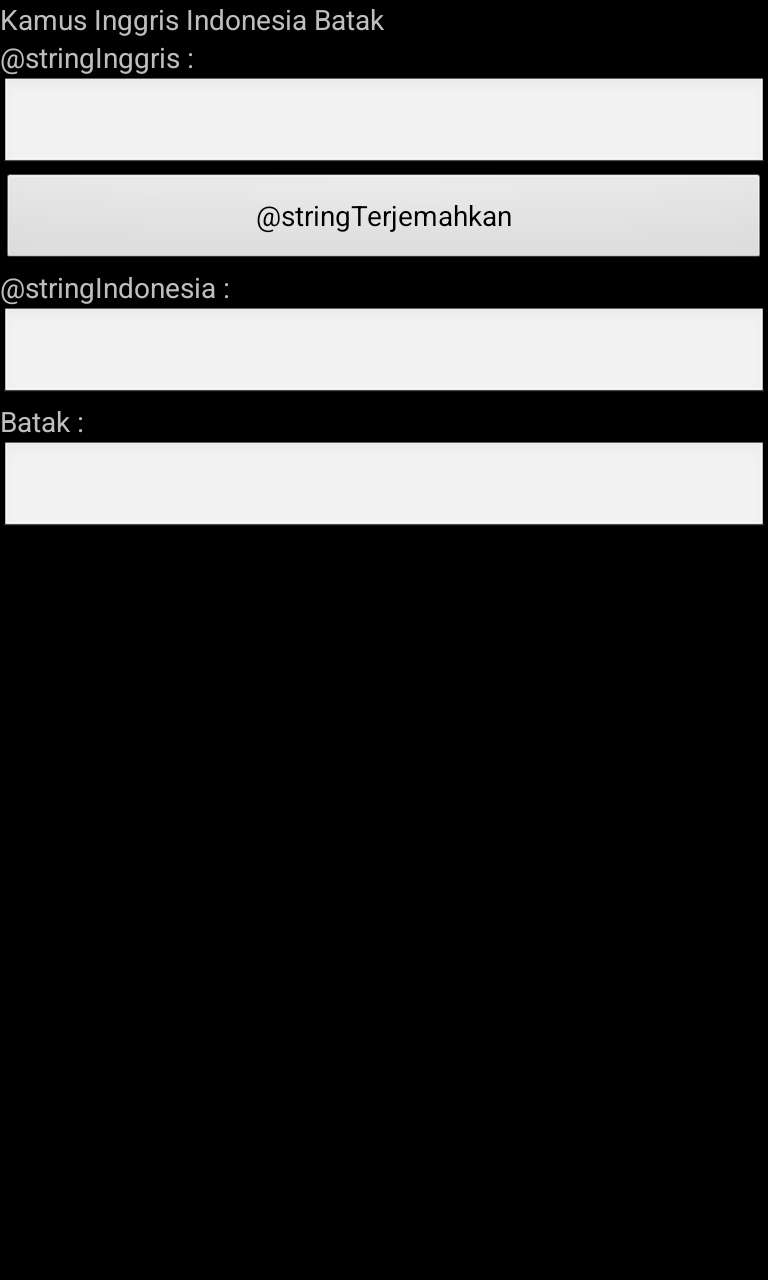
Repository: AndenWano/kamusbahasaindonesia
Layout: KamusKomputer/Kamus/res/layout/activity_show_kamus.xml
An editor plug-in stored every save of this project. The layout is shown before and after the next save, followed by the edit.
It is drawn on a 768 x 1280 px phone screen (xhdpi) without system bars, with theme android:Theme; the app's code is not run.

Above is the layout before, as saved 2014-12-21 10:19:21.

After the next save:
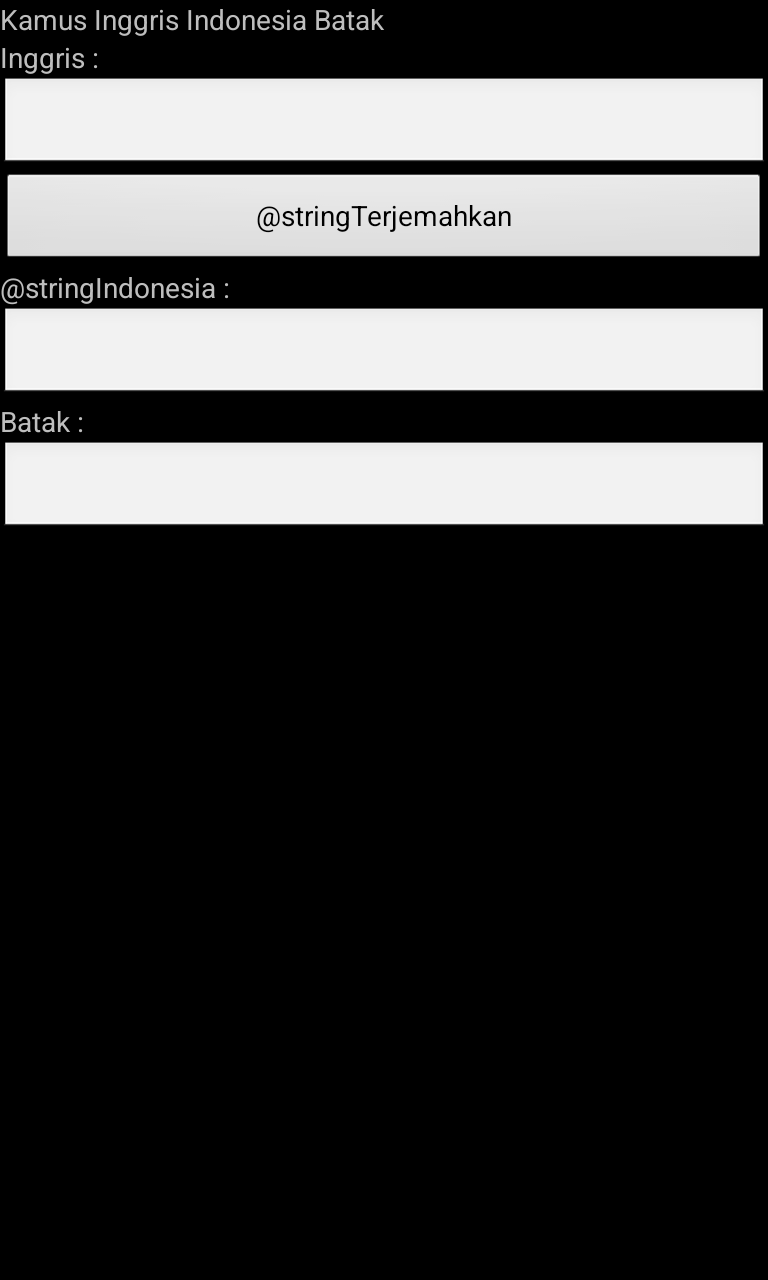
Saved 4 s later.
--- a/KamusKomputer/Kamus/res/layout/activity_show_kamus.xml
+++ b/KamusKomputer/Kamus/res/layout/activity_show_kamus.xml
@@ -11,7 +11,7 @@ android:layout_height="wrap_content"
 android:text="Kamus Inggris Indonesia Batak"
 />
 <TextView
-android:text="@stringInggris :"
+android:text="Inggris :"
 android:id="@+id/TextView01"
 android:layout_width="wrap_content"
 android:layout_height="wrap_content">
